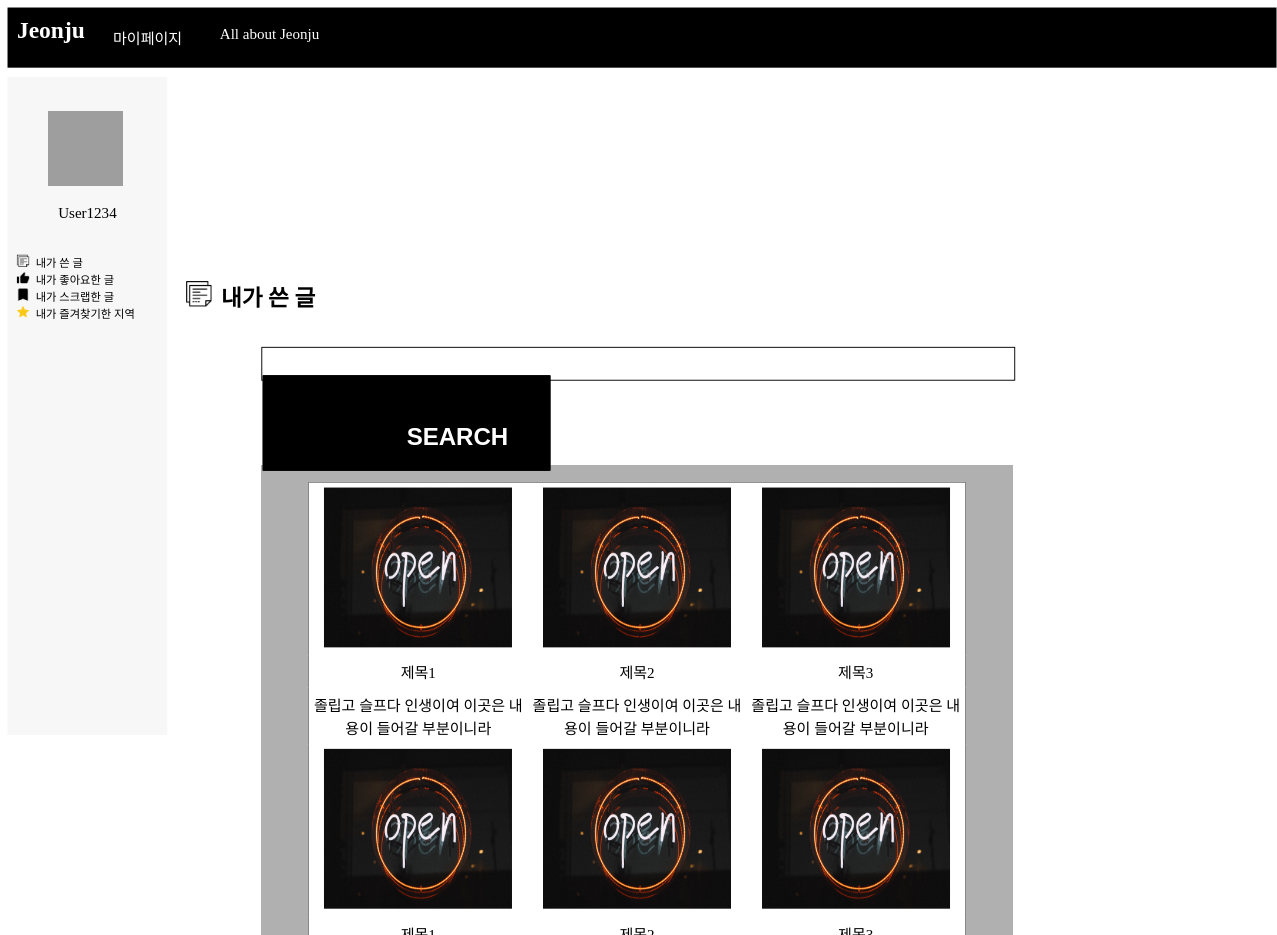
Repository: wka99/WEB-PROJECT
Page: Jeonju/WebContent/UserPage.html
The author's editor kept a copy of each file at every save. The page is drawn from the files as they stood at one save, then again after the next save.
The browser window is 1280 px wide. The page is 1358 px wide, so the pictures cover 1358 px, including what lies to the right of the window. The pictures show the whole page, at 94% of full size.
Pictures or frames that could not be fetched are drawn as grey boxes. An inner scrolling area shows only its first screen. Some web libraries are served in a nearby version.

Above is the page before, as saved 2018-12-03 09:10:34.

### Jeonju/WebContent/UserPage.html
<!DOCTYPE html>
<html>
<head>
<meta content="text/html" charset="EUC-KR">
<script src="https://code.jquery.com/jquery-3.2.1.min.js"></script>
<script>
$(document).ready(function(){
    $("#searchbutton").click(function(event){
    	var keyword=$(".searchtext").val();
    	alert(keyword);
    });
})
</script>
<title>전주 mypage</title>
<link rel="stylesheet" type="text/css" href="NewFile.css">
</head>
<body>
<div id="container">
	<ul class="menubar">
		<li class="h"><a class="title" href="##"><b>Jeonju</b></a></li>
		<li class="h"><a class="h" href="UserPage.html">마이페이지</a>
			<ul>
				<li><a href="UserPage.html"><img id="usermenuimg" src="paper.png"></img> 내가 쓴 글</a></li>
				<li><a href="UserPage2.html"><img id="usermenuimg" src="thumb-up-button.png"></img> 내가 좋아요한 글</a></li>
				<li><a href="UserPage3.html"><img id="usermenuimg" src="bookmark-ribbon.png"></img> 내가 스크랩한 글</a></li>
				<li><a href="UserPage4.html"><img id="usermenuimg" src="star.png"></img> 내가 즐겨찾기한 글</a></li>
			</ul>
		</li>
		<li class="h"><a class="h" href="##">All about Jeonju</a></li>
	</ul>
    <nav>
    	<br><br>
    	<img id="userImg" src="user.png" width="80px" height="80px"></img>
    	<br><p align="center">User1234</p><br></a>
	<div class="menu">
    	<img id="usermenuimg" src="paper.png"></img>
    	<a href="UserPage.html"><span>&nbsp;내가 쓴 글</span><br></a>
    	<img id="usermenuimg" src="thumb-up-button.png"></img>
    	<a href="UserPage2.html"><span>&nbsp;내가 좋아요한 글</span><br></a>
    	<img id="usermenuimg" src="bookmark-ribbon.png"></img>
    	<a href="UserPage3.html"><span>&nbsp;내가 스크랩한 글</span><br></a>
    	<img id="usermenuimg" src="star.png"></img>
    	<a href="UserPage4.html"><span>&nbsp;내가 즐겨찾기한 지역</span></a>
	</div>
    </nav>
    <section>
    	<div>
    		<button class="btn-2">새로운 글쓰기</button>
    	</div>
    	<div class="title">
    		<img class="bigMenu" id="내가 쓴 글" src="paper.png" width="27px" height="27px"></img>
    		<b><font size="5">&nbsp;내가 쓴 글</font></b>
    	</div>
    	<br><br>

    	<div class="searchwindow">
    		<input type="text" class="searchtext" value=""/>
    		<button id="searchbutton" type="button" class="search">search</button>
    	</div>

    	<br><br>
    	<div class="myPost">
    	<br>
    	<table id="user-table">
    		<tbody>
    		<tr>
				<td><img src="ds.jpg" width="200px" height="170px"></td>
				<td><img src="ds.jpg" width="200px" height="170px"></td>
				<td><img src="ds.jpg" width="200px" height="170px"></td>
    		</tr>
    		<tr>
    			<td height="10px">제목1</td>
				<td height="10px">제목2</td>
				<td height="10px">제목3</td>
    		</tr>
    		<tr>
    			<td height="50px">졸립고 슬프다 인생이여 이곳은 내용이 들어갈 부분이니라</td>
				<td height="50px">졸립고 슬프다 인생이여 이곳은 내용이 들어갈 부분이니라</td>
				<td height="50px">졸립고 슬프다 인생이여 이곳은 내용이 들어갈 부분이니라</td>
    		</tr>
    		<tr>
				<td><img src="ds.jpg" width="200px" height="170px"></td>
				<td><img src="ds.jpg" width="200px" height="170px"></td>
				<td><img src="ds.jpg" width="200px" height="170px"></td>
    		</tr>
    		<tr>
    			<td height="10px">제목1</td>
				<td height="10px">제목2</td>
				<td height="10px">제목3</td>
    		</tr>
    		<tr>
    			<td height="50px">졸립고 슬프다 인생이여 이곳은 내용이 들어갈 부분이니라</td>
				<td height="50px">졸립고 슬프다 인생이여 이곳은 내용이 들어갈 부분이니라</td>
				<td height="50px">졸립고 슬프다 인생이여 이곳은 내용이 들어갈 부분이니라</td>
    		</tr>
    		</tbody>
    	</table>
    	</div>
    </section>
</div>
</body>
</html>

### Jeonju/WebContent/NewFile.css
	#container{
		width:1350px;
		margin:0px auto;
	}
	header{
		    		width:100%;
                    height:50px;
                    background-color:black;
                    color:white;
                   }
    .menubar{
    	list-style-type:none;
    	margin:0;
    	padding:0;
    	overflow:hidden;
    	background-color:black;
    }
    li.h{
    	float:left;
    	solid #bbb;
    }
    li.h a.h{
    	display:block;
    	color:white;
    	text-align:center;
    	padding:20px;
    	text-decoration:none;
    }
    li.h a.title{
    	display:block;
    	color:white;
    	text-align:center;
    	padding:10px;
    	text-decoration:none;
    	font-size:25px;
    }
    .menubar li ul{
    	opacity:0.8;
		background: rgb(109,109,109);
		display:none; /* 평상시에는 드랍메뉴가 안보이게 하기 */
		height:auto;
		padding:0px;
		margin:0px;
		border:0px;
		position:absolute;
		width:200px;
		z-index:200;
	}
	.menubar li:hover ul{
		display:block; /* 마우스 커서 올리면 드랍메뉴 보이게 하기 */
	}
	.menubar li li {
	background: rgb(109,109,109);
	display:block;
	float:none;
	margin:0px;
	padding:0px;
	width:200px;
	}
	.menubar li:hover li a{
	background:none;
	}
	.menubar li ul a{
	display:block;
    color:white;
    text-align:left;
    text-decoration:none;
    padding:15px;
	}
	.menubar li ul a:hover, .menubar li ul li:hover a{
	background: rgb(71,71,71);
	border:0px;
	color:#ffffff;
	text-decoration:none;
	}
    li.h a.h:hover{background-color:#dfdfdf;}

    .searchwindow {
	display: inline-block;
	width: 800px; height: 34px;
	border: 1px solid black;
	background: white;
	align:center;
	margin-left:100px;
	}
	.searchtext {
		width: 731px; height: 21px;
		margin: 6px 0 0 9px;
		border: 0;
		line-height: 21px;
		font-size: 16px;
		outline: none;
	}
	.search {
		width: 54px; height: 34px;
		margin: 0; border: 0;
		vertical-align: top;
		background: black;
		color: white;
		border-radius: 1px;
		cursor: pointer;
	}
	.search:hover {
		background: #faa93e;
	}
	button,
button::after {
  -webkit-transition: all 0.3s;
    -moz-transition: all 0.3s;
  -o-transition: all 0.3s;
    transition: all 0.3s;
}

button {
  background: none;
  border: 3px solid #fff;
  border-radius: 5px;
  color: #fff;
  display: block;
  font-size: 1.6em;
  font-weight: bold;
  margin: 1em auto;
  padding: 2em 6em;
  position: relative;
  text-transform: uppercase;
}

	button::before,
	button::after {
	  background: #fff;
	  content: '';
	  position: absolute;
	  z-index: -1;
	}

	button:hover {
	  color: #2ecc71;
	}

	.btn-2::after {
	  height: 100%;
	  left: 0;
	  top: 0;
	  width: 0;
	}

	.btn-2:hover:after {
	  width: 100%;
	}


    nav{
            float:left;
            margin-top:10px;
            background-color:#f7f7f7;
            width:170px;
            height:700px;}
    section{
    		float:left;
    	}
    #userImg{margin-left:43px;}
    #usermenuimg{margin-left:10px;width:13px;height:13px;}
	.menu{margin-bottom:5px;}
    nav span{font-size:12px;}
    .menu a{color:black;text-decoration:none;}
    header a{color:white;text-decoration:none;}
    .bigMenu{margin-left:20px; margin-top:30px;}
    .myPost{width:800px; height:500px; margin-left:100px; overflow:auto; background-color:#b0b0b0;}
    #user-table{margin:0 auto;text-align:center;border-collapse:collapse;width:700px;
                border:1px solid gray; background-color:white;}
    #user-table td{padding:5px;}

After the next save:
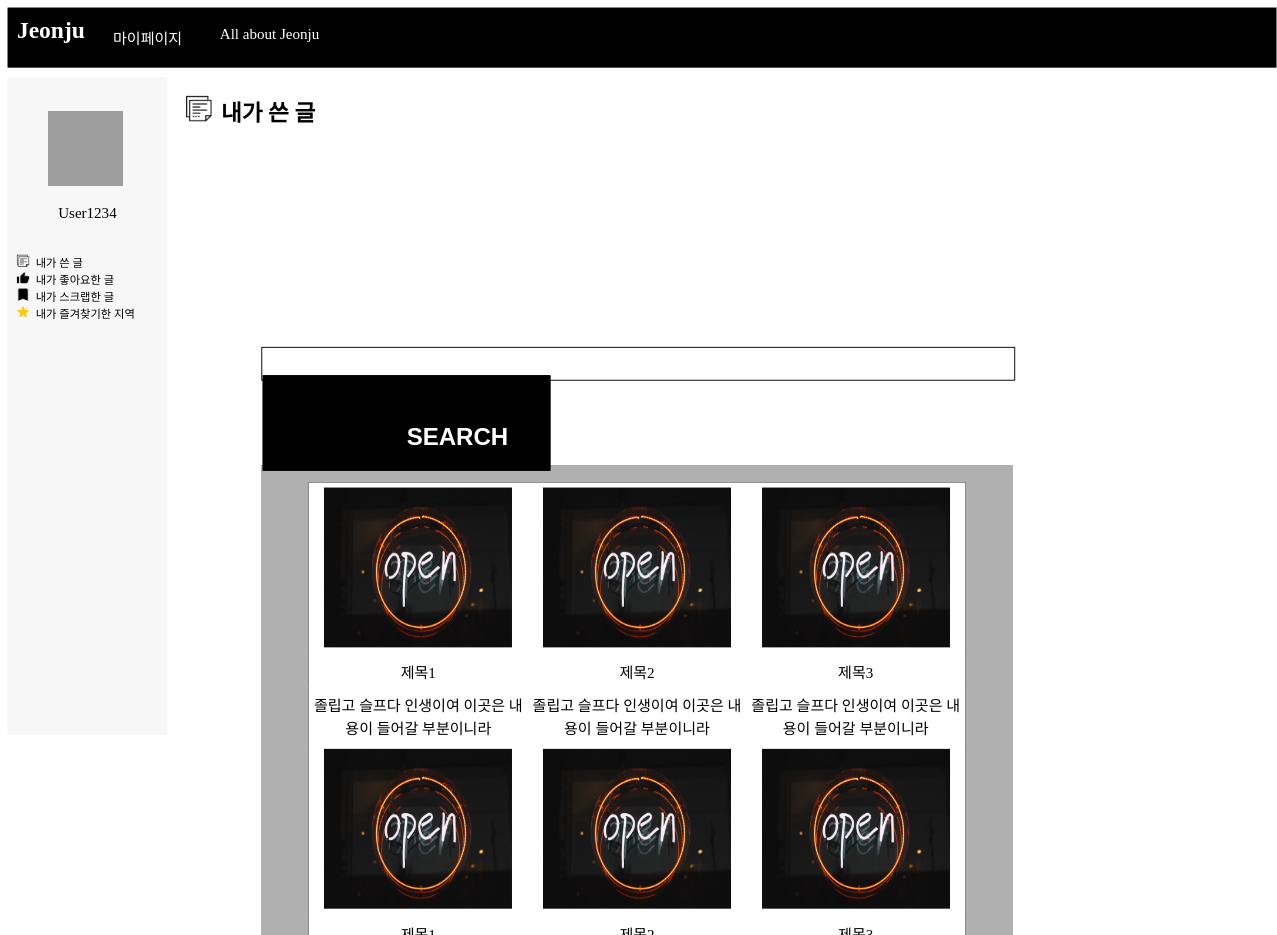
Saved 32 s later.
--- a/Jeonju/WebContent/UserPage.html
+++ b/Jeonju/WebContent/UserPage.html
@@ -44,15 +44,14 @@ $(document).ready(function(){
 	</div>
     </nav>
     <section>
-    	<div>
-    		<button class="btn-2">새로운 글쓰기</button>
-    	</div>
     	<div class="title">
     		<img class="bigMenu" id="내가 쓴 글" src="paper.png" width="27px" height="27px"></img>
     		<b><font size="5">&nbsp;내가 쓴 글</font></b>
     	</div>
     	<br><br>
-
+    	<div>
+    		<button class="btn-2">새로운 글쓰기</button>
+    	</div>
     	<div class="searchwindow">
     		<input type="text" class="searchtext" value=""/>
     		<button id="searchbutton" type="button" class="search">search</button>
